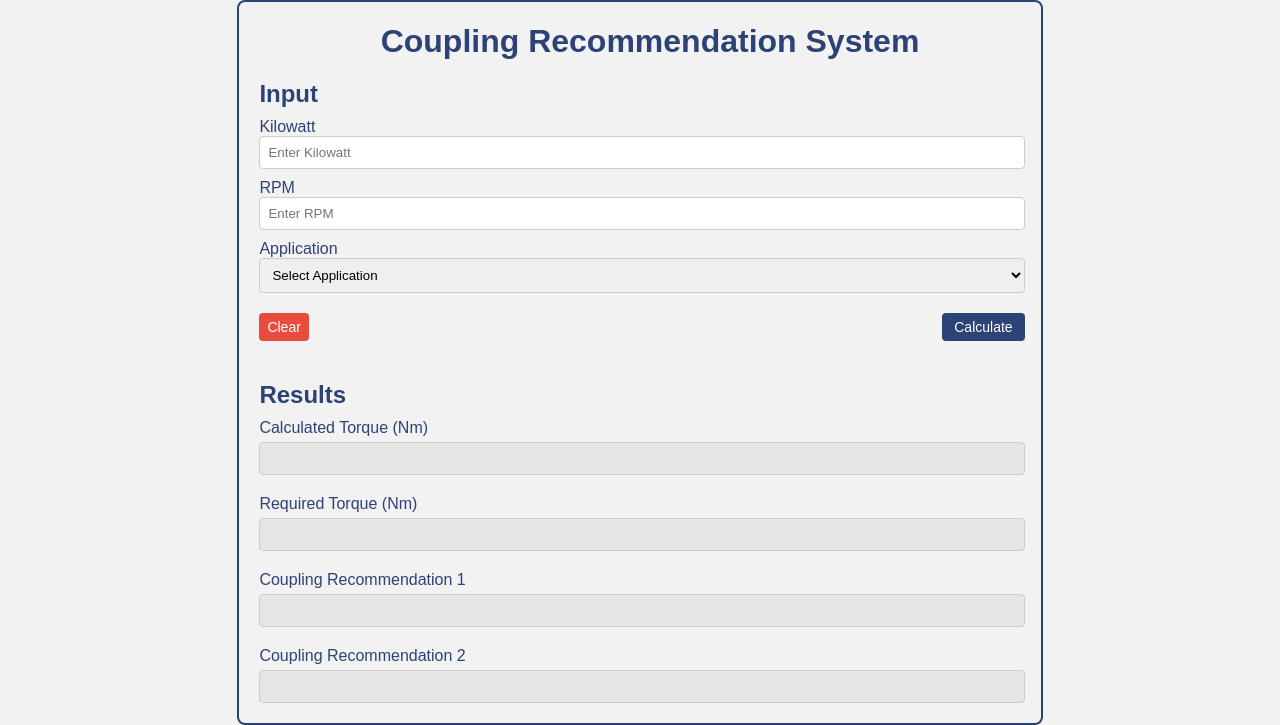
Repository: JustinSadie/calculator
Page: newIndex.html
These files come from the project's save history. The page is drawn as it stood at one moment and after the next save; the edit follows.
The browser window is 1280 px wide. The pictures show the whole page.

Above is the page before, as saved 2024-08-25 17:34:40.

### newIndex.html
<!DOCTYPE html>
<html lang="en">
  <head>
    <meta charset="UTF-8" />
    <meta name="viewport" content="width=device-width, initial-scale=1.0" />
    <title>Coupling Recommendation</title>
    <link rel="stylesheet" href="newCSS.css" />
  </head>
  <body>
    <div class="wrapper">
      <h1>Coupling Recommendation System</h1>

      <div class="input-section">
        <h2>Input</h2>
        <label for="kilowatt">Kilowatt</label>
        <input
          type="number"
          id="kilowatt"
          placeholder="Enter Kilowatt"
          required
          min="0"
        />

        <label for="rotationSpeed">RPM</label>
        <input
          type="number"
          id="rotationSpeed"
          placeholder="Enter RPM"
          required
          min="0"
        />

        <label for="application">Application</label>
        <select id="application" required>
          <option value="">Select Application</option>
          <option value="1.2">Centrifugal Pumps</option>
          <option value="1.2">Fans</option>
          <option value="1.2">Belt Conveyors</option>
          <option value="1.6">Hammermill</option>
          <option value="1.6">Bucket Elevator</option>
          <option value="1.6">Scraper Conveyor</option>
          <option value="2.4">Reciprocating Pump</option>
          <option value="2.4">Compressor(3Cyl or less)</option>
          <option value="2">Crusher</option>
          <option value="2">Calender</option>
          <option value="2">Shaker</option>
          <option value="2">Compressor(4 Cyl or more)</option>
          <option value="4">Steel Mill rolers Tables</option>
          <option value="4">Heavy Reversing Drives</option>
        </select>
        <input
          type="text"
          id="customApplication"
          placeholder="Enter Custom Application"
          style="display: none"
        />

        <div class="button-container">
          <button class="clear" onclick="clearTable()">Clear</button>
          <button onclick="displayResults()">Calculate</button>
        </div>
      </div>

      <div class="output-section">
        <h2>Results</h2>
        <div class="result">
          <label for="torqueResult">Calculated Torque (Nm)</label>
          <input type="text" id="torqueResult" readonly />
        </div>

        <div class="result">
          <label for="coupRat">Required Torque (Nm)</label>
          <input type="text" id="coupRat" readonly />
        </div>

        <div class="result">
          <label for="brCouplingSuggest1">Coupling Recommendation 1</label>
          <input type="text" id="brCouplingSuggest1" readonly />
        </div>

        <div class="result">
          <label for="brCouplingSuggest2">Coupling Recommendation 2</label>
          <input type="text" id="brCouplingSuggest2" readonly />
        </div>
      </div>
    </div>
    <script src="Coupling generator copy.js"></script>
  </body>
</html>

### newCSS.css
/* Overall page styling */
body {
  font-family: Arial, sans-serif;
  margin: 0;
  padding-left: 20;
  background-color: #f2f2f2;
  color: #2d4275;
  display: flex;
  justify-content: center;
  align-items: center;
  min-height: 100vh;
}

.wrapper {
  padding-left: 20px;
  border: 2px solid #2d4275;
  border-radius: 8px;
  box-sizing: border-box;
}

.coupling-caclulator {
  padding: 20px;
  background-color: #ffffff;
  box-shadow: 0 0 10px rgba(0, 0, 0, 0.1);
  border: 2px solid #2d4275;
  border-radius: 8px;
  box-sizing: border-box;
}

h1 {
  color: #2d4275;
  text-align: center;
  margin-bottom: 20px;
}

/* Input section styling */
.input-section {
  margin-bottom: 20px;
  margin-block-start: 10px;

}

.input-section h2 {
  color: #2d4275;
  margin-bottom: 10px;
}

input,
select {
  padding: 8px; /* Make the input fields smaller */
  margin-bottom: 10px;
  width: calc(100% - 16px); /* Adjust width to account for padding and borders */
  border: 1px solid #ccc;
  border-radius: 4px;
  box-sizing: border-box;
}

/* Container for buttons */
.button-container {
  display: flex;
  justify-content: space-between; /* Space between buttons */
  margin-top: 10px; /* Space from the fields above */
  width: calc(100% - 16px); /* Adjust width to account for padding and borders */
}

button {
  padding: 6px 12px; /* Adjust padding if needed */
  background-color: #2d4275;
  color: #ffffff;
  border: none;
  border-radius: 4px;
  cursor: pointer;
  font-size: 14px;


}

button:hover {
  background-color: #1a2a4f;
}

/* Small clear button styling */
button.clear {
  padding: 4px 8px; /* Smaller size for the clear button */
  background-color: #e74c3c; /* A red color for the clear button */
  color: #ffffff;
  border: none;
  border-radius: 4px;
  cursor: pointer;
  font-size: 14px; /* Smaller font size */
}

button.clear:hover {
  background-color: #c0392b; /* Darker red for hover effect */
}


/* Output section styling */
.output-section {
  margin-top: 40px;
}

.output-section h2 {
  color: #2d4275;
  margin-bottom: 10px;
}

.result {
  margin-bottom: 10px;
}

.result label {
  display: block;
  margin-bottom: 5px;
  color: #2d4275;
}

.result input {
  padding: 8px; /* Make the output fields smaller */
  border: 1px solid #ccc;
  border-radius: 4px;
  width: calc(100% - 16px); /* Adjust width to account for padding and borders */
  box-sizing: border-box;
  background-color: #f9f9f9;
}

.result input[readonly] {
  background-color: #e6e6e6;
  cursor: not-allowed;
}

### Coupling generator copy.js
lst = [97,128, 164, 187, 215, 255, 271, 314, 355, 428,
    471, 517, 618, 679, 706, 868, 889, 900,
    1089, 1227, 1296, 1392, 1427, 1641, 1768, 2081,
    2150, 2398, 2551, 2837, 3134, 3343, 3536, 3787,
    4274, 4873, 4963, 5326, 5860, 6645, 6721, 6978,
    7234, 8443, 8806, 9071, 9864, 10172, 10811, 11063,
    12835, 13359, 13870, 14165, 16126, 17502, 18434,
    20135, 20684, 21989, 24153, 28155, 28166, 29107,
    35206, 35584, 38136, 38177, 45784, 48006, 50019,
    52525, 55588, 58182, 68818, 72908, 75800, 79879,
    86627, 99418, 100312, 104658, 136282, 136785,
    152552, 178422, 208020, 234914, 366843
]


const bearingData = {
  black: {
    sizes: [97, 164, 271, 471, 679, 1089, 1641, 2551, 3787, 5326, 6721, 8443, 10811, 18434, 29107, 38177, 52525, 79879],
  },
  yellow: {
    sizes: [128, 215, 355, 618, 889, 1427, 2150, 3343, 4963, 6978, 8806, 11063, 14165, 24153, 38136, 50019, 68818, 104658],
  },
  blue: {
    sizes: [187, 314, 517, 900, 1296, 2081, 3134, 4873, 7234, 10172, 12835, 16126, 20684, 35206, 55588, 72908, 100312, 152552],
  },
  green: {
    sizes: [255, 428, 706, 1227, 1768, 2837, 4274, 6645, 9864, 13870, 17502, 21989, 28155, 48006, 75800, 99418, 136785, 208020],
  },
  red: {
    sizes: [517, 868, 1392, 2398, 3536, 5860, 9071, 13359, 20135, 28166, 35584, 45784, 58182, 86627, 136282, 178422, 234914, 366843],
  },
};

const sizeIndex = {
    "BR_95" : 0,
   "BR_115" : 1,
   "BR_135" : 2,
   "BR_155" : 3,
   "BR_179" : 4,
   "BR_206" : 5,
   "BR_236" : 6,
   "BR_276" : 7,
   "BR_306" : 8,
   "BR_336" : 9,
   "BR_366" : 10,
   "BR_406" : 11,
   "BR_446" : 12,
   "BR_506" : 13,
   "BR_556" : 14,
   "BR_636" : 15,
   "BR_716" : 16,
   "BR_826" : 17,
}


function calculateTorque(){
    var kilowatt = document.getElementById("kilowatt").value;
    var rotationSpeed = document.getElementById("rotationSpeed").value;
    var torque = ((kilowatt *  9550)/rotationSpeed);
    torqueResult = torque.toFixed(2) + " (Nm)";
    return {
        torqueresultText: torqueResult,
        torqueResultNumeric: torque,
    };

}

function getSafetyFactorValue(){
    var serviceFactor = document.getElementById("application").value;
    var customServiceFactor = document.getElementById("customApplication").value.trim();

    if (customServiceFactor) {
        return customServiceFactor;
    } else if (serviceFactor && serviceFactor !== "default") {
        return serviceFactor;
    } else {
        throw new Error("Please select an application or enter a custom application.");
    }
};


function calculateAndSetCouplingRating() {
    try {
        var torque = calculateTorque().torqueResultNumeric;
        var serviceFactor = getSafetyFactorValue();

        if (isNaN(serviceFactor)) {
            throw new Error("Invalid service factor input");
        }
        var couplingRating = Math.round(torque * serviceFactor);
        var couplingRatingResult = couplingRating + " (Nm)";

        return {
            couplingRatingText: couplingRatingResult,
            couplingRatingNumeric: couplingRating,
        };
    } catch (error) {
        console.error("Error in calculateAndSetCouplingRating:", error.message);
        return {
            error: error.message,
        };
    }
}



function nextNearestValue() {

    x = calculateAndSetCouplingRating().couplingRatingNumeric;

    for(const elem of lst){
        if(x <= elem) {
            const nextIndex = lst.indexOf(elem) + 1;
            if (nextIndex < lst.length) {
                return {
                    firstRecommendation : elem,
                    secondrecommendation : lst[nextIndex],
                };
            }
        }
    }
    return {
        firstRecommendation : elem,
        secondrecommendation : "none",
    }
}

function safetyFactor(nnv,torque){
    return (nnv/torque).toFixed(2);
}

function findColorAndSize(value) {
    for (const color in bearingData) {
      const sizes = bearingData[color].sizes;
      const index = sizes.indexOf(value);
      if (index !== -1) {
        const sizeKey = Object.keys(sizeIndex).find((key) => sizeIndex[key] === index);
        return {
          color: color,
          size: sizeKey,
        };
      }
    }
    return null;
}

function validateForm() {
    const kilowatt = document.getElementById('kilowatt').value;
    const rotationSpeed = document.getElementById('rotationSpeed').value;
    const application = document.getElementById('application').value;

    // Validate kilowatt
    if (!kilowatt || kilowatt <= 0) {
        alert('Please enter a valid Kilowatt value greater than 0.');
        return false;
    }

    // Validate rotation speed
    if (!rotationSpeed || rotationSpeed <= 0) {
        alert('Please enter a valid RPM value greater than 0.');
        return false;
    }

    // Validate application
    if (!application) {
        alert('Please select an Application.');
        return false;
    }

    return true;
}

function displayResults(){
    if (validateForm()) {
        var newVal = calculateAndSetCouplingRating();
        document.getElementById('torqueResult').value=calculateTorque().torqueresultText;
        document.getElementById('coupRat').value=calculateAndSetCouplingRating().couplingRatingText;

        document.getElementById('brCouplingSuggest1').value=findColorAndSize(nextNearestValue().firstRecommendation).size + " - " + findColorAndSize(nextNearestValue().firstRecommendation).color;
        document.getElementById('brCouplingSuggest2').value=findColorAndSize(nextNearestValue().secondrecommendation).size + " - " + findColorAndSize(nextNearestValue().secondrecommendation).color;
        document.getElementById('sfCouplingSuggest1').value=safetyFactor(nextNearestValue().firstRecommendation, calculateTorque().torqueResultNumeric);
        document.getElementById('sfCouplingSuggest2').value=safetyFactor(nextNearestValue().secondrecommendation, calculateTorque().torqueResultNumeric);
    }

}


function clearTable() {
    document.getElementById('kilowatt').value = "";
    document.getElementById('rotationSpeed').value = "";
    document.getElementById('application').selectedIndex = 0;
    document.getElementById('customApplication').value = "";
    document.getElementById('torqueResult').value = "";
    document.getElementById('coupRat').value = "";
    document.getElementById('brCouplingSuggest1').value = "";
    document.getElementById('brCouplingSuggest2').value = "";
}

function validateInput(inputId) {
    var inputElement = document.getElementById(inputId);
    var inputValue = inputElement.value.trim();

    if (inputValue === "") {
        alert("Input cannot be empty.");
        return false;
    }

    if (!/^\d+$/.test(inputValue)) {
        alert("Input must contain only numbers.");
        return false;
    }

    return true;
}

function validateForm() {
    if (!validateInput("kilowatt") || !validateInput("rotationSpeed")) {
        return false;
    }
    return true;
}

After the next save:
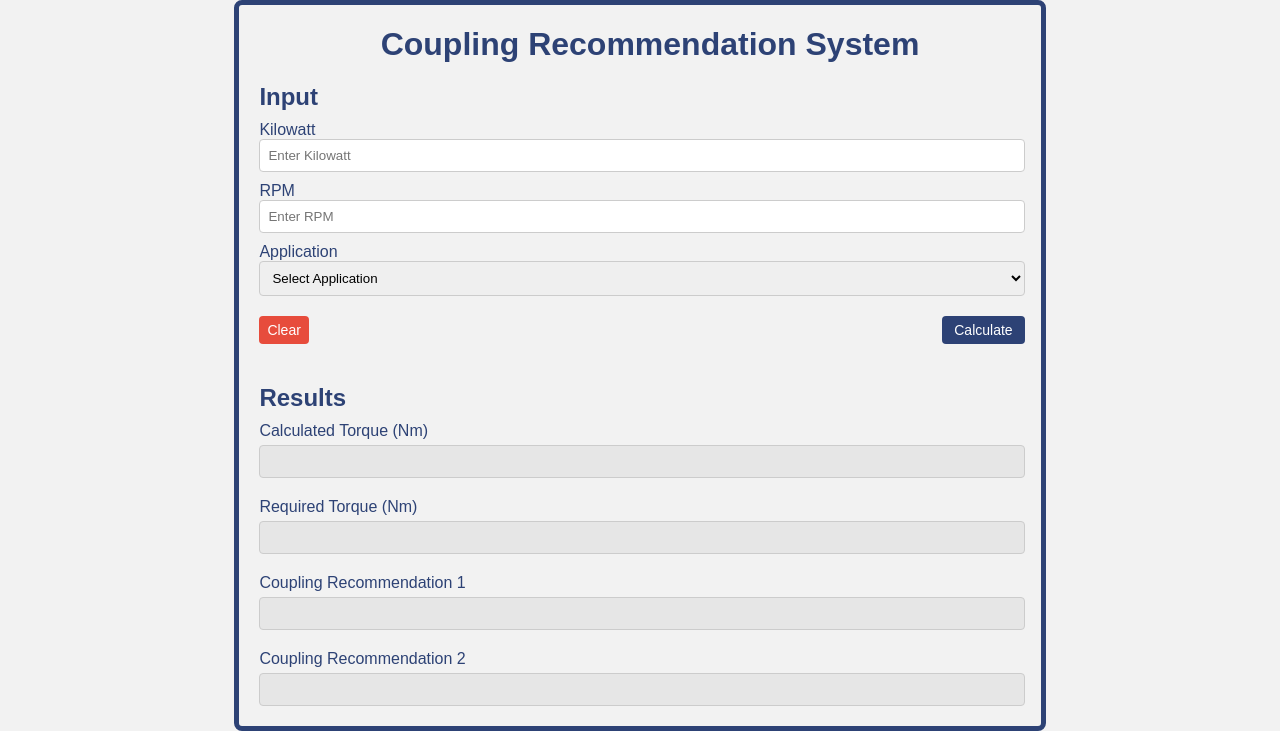
Saved 44 s later.
--- a/newCSS.css
+++ b/newCSS.css
@@ -13,19 +13,11 @@ body {
 
 .wrapper {
   padding-left: 20px;
-  border: 2px solid #2d4275;
+  border: 5px solid #2d4275;
   border-radius: 8px;
   box-sizing: border-box;
 }
 
-.coupling-caclulator {
-  padding: 20px;
-  background-color: #ffffff;
-  box-shadow: 0 0 10px rgba(0, 0, 0, 0.1);
-  border: 2px solid #2d4275;
-  border-radius: 8px;
-  box-sizing: border-box;
-}
 
 h1 {
   color: #2d4275;
